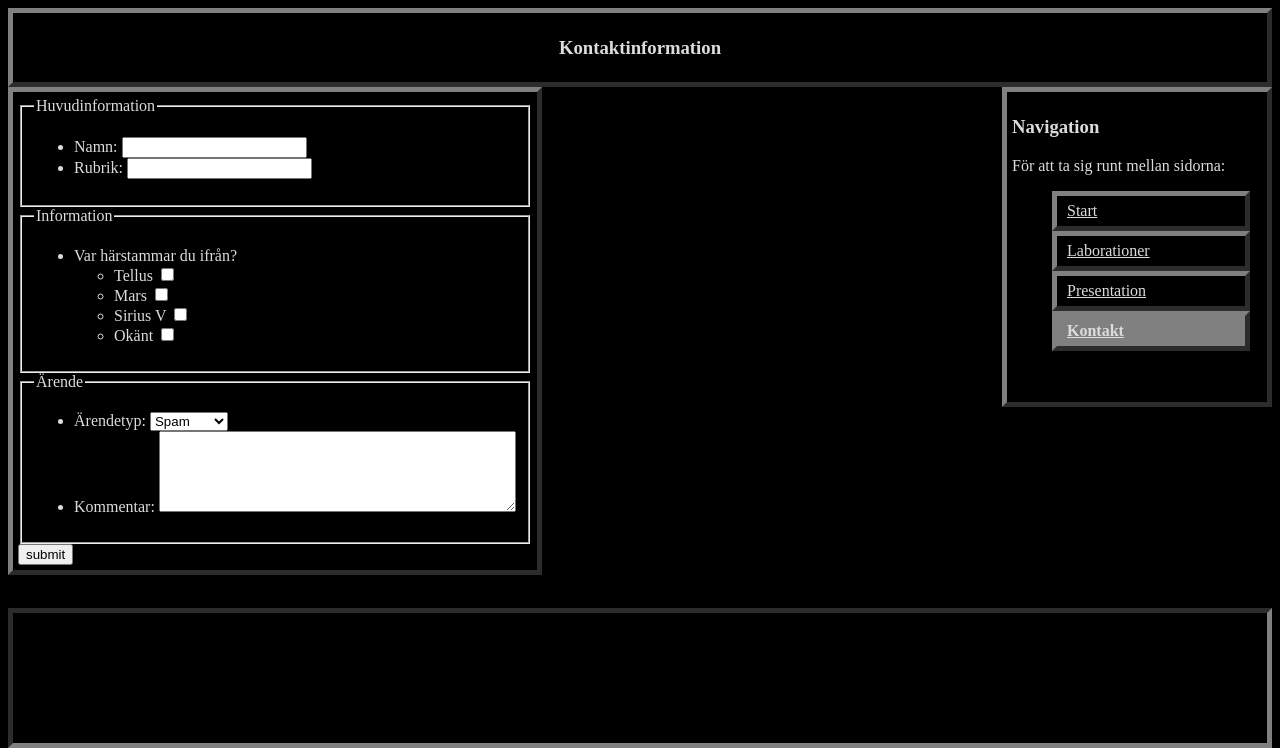
Repository: cg222im/1IK415_cg222im
Page: pages/kontakt.html
The author's editor kept a record of every edit. The page is drawn from the files as they stood at one moment, then again after the next edit.
The browser window is 1280 px wide. The pictures show the whole page.

Above is the page before.

### pages/kontakt.html
<!doctype html>
<html lang="sv">
    <head>
        <meta charset="UTF-8" />
        <title>kontakt</title>
        <link rel="stylesheet" href="../css/style.css" />
    </head>

    <body>
    <!-- Sätta bakgrundsfärg = svart på body? -->
    <div id="wrapper">
        <div id="header">
            <h3>Kontaktinformation</h3>
        </div>

        <div id="form">
            <form id="contact-form" action="http://voyager.lnu.se/tekinet/kurser/dtt/wp_webbintro/form.php" method="post">
                <input type="hidden"/>

                <fieldset>
                    <legend>Huvudinformation</legend>
                    <ul>
                        <li><label for="namn">Namn:</label> <input type="text" name="namn" id="namn" value="" /></li>
                        <li><label for="rubrik">Rubrik:</label> <input type="text" name="rubrik" id="rubrik" value="" /></li>
                    </ul>

                </fieldset>

                <fieldset>
                    <legend>Information</legend>
                    <ul>
                        <li>Var härstammar du ifrån?
                            <ul>
                                <li><label for="earth">Tellus</label> <input type="checkbox" name="earth" id="earth" value="earth"></li>
                                <li><label for="mars">Mars</label> <input type="checkbox" name="mars" id="mars" value="mars"></li>
                                <li><label for="sirius">Sirius V</label> <input type="checkbox" name="sirius" id="sirius" value="sirius"></li>
                                <li><label for="unknown">Okänt</label> <input type="checkbox" name="unknown" id="unknown" value="unknown"></li>
                            </ul>
                        </li>
                    </ul>
                </fieldset>

                <fieldset>
                    <legend>Ärende</legend>
                    <ul>
                        <li><label for="typ">Ärendetyp:</label>
                            <select name="typ" id="typ">
                                <option value="question">Fråga</option>
                                <option value="complaint">Klagomål</option>
                                <option value="spam" selected>Spam</option>
                                <option value="love">Kärlek</option>
                            </select></li>

                        <li><label for="comments">Kommentar:</label> <textarea name="comments" id="comments" cols="42" rows="5"></textarea></li>
                    </ul>
                </fieldset>

                <input type="submit" value="submit" />

            </form>
        </div>

        <div id="nav">
            <h3>Navigation</h3>
            <p>För att ta sig runt mellan sidorna:</p>
            <ul class="navmenu">
                <li><a href="../index.html">Start</a></li>
                <li><a href="laborationer.html">Laborationer</a></li>
                <li><a href="presentation.html">Presentation</a></li>
                <li><a href="kontakt.html" id="active">Kontakt</a></li>
            </ul>
        </div>

    </div>

    <div class="footer">
        <p></p>
    </div>

    </body>

</html>

### css/style.css
body {background-color: black}
html, body {height: 100%;}
p {color: #DCDCDC;}
table {text-align: center;}

a:link { color: #00BFFF; }
a:visited { color: purple; }
a:focus { color: yellow; }
a:hover { color: yellow; }
a:active { color: silver; }


#wrapper {
    background-color: black;
    min-height: 100%;
    margin: auto 0 auto 0;
    margin-bottom: -120px;


}
#header {
    border-style: outset;
    border-width: 5px;
    border-color: gray;
    background-color:black;
    color: #DCDCDC;
    text-align: center;
    padding: 5px;
}
#main {
    border-style: outset;
    border-width: 5px;
    border-color: gray;
    background-color: black;
    color: #DCDCDC;
    text-align: left;
    padding: 10px;
}
#wrapper:after {
    content:"";
    display:block;
    height: 100px;
}
.footer {
    border-style: inset;
    border-width: 5px;
    border-color: gray;
    background-color: black;
    color: #DCDCDC;
    clear: both;
    text-align: left;
    padding: 5px;
    height: 120pX;


}
#table {
    text-align: center;
    margin: 0 auto;
    width: 280px;
    /* Kan behöva komma att ändra storlek allt eftersom; dela upp i Laborationer/kolumner? */
    height: 645px;
    margin-left: auto;
    margin-top: auto;
    border-style: outset;
    border-width: 5px;
    border-color: gray;
    background-color:black;
    color: gray;
    padding: 5px;
}
/* för form i kontakt.html vars sidas formatering inte fungerar? */
#form {
    height: 100%;
    float: left;
    border-style: outset;
    border-width: 5px;
    border-color: gray;
    background-color:black;
    color: #DCDCDC;
    padding: 5px;
}


#nav {
    margin: 0;
    padding: 5;
    width:250px;
    border-style: outset;
    border-width: 5px;
    border-color:gray;
    background-color: black;
    color: #DCDCDC;
    height: 300px;
    float: right;
    padding: 5px;

}
.navmenu {
    list-style: none;
}
.navmenu li a:hover {
    background-color: gray;
    color: yellow;
}
.navmenu li a:focus {
    background-color: gray;
    color: yellow;
}
.navmenu li a {
    line-height: 30px;
    border-style: outset;
    border-width: 5px;
    border-color: gray;
    background-color: black;
    color: #DCDCDC;
    display: block;
    width: 80%;
    padding: 0px 10px;
}
#active {
    display: block;
    font-weight: bold;
    background-color: gray;
}

After the next edit:
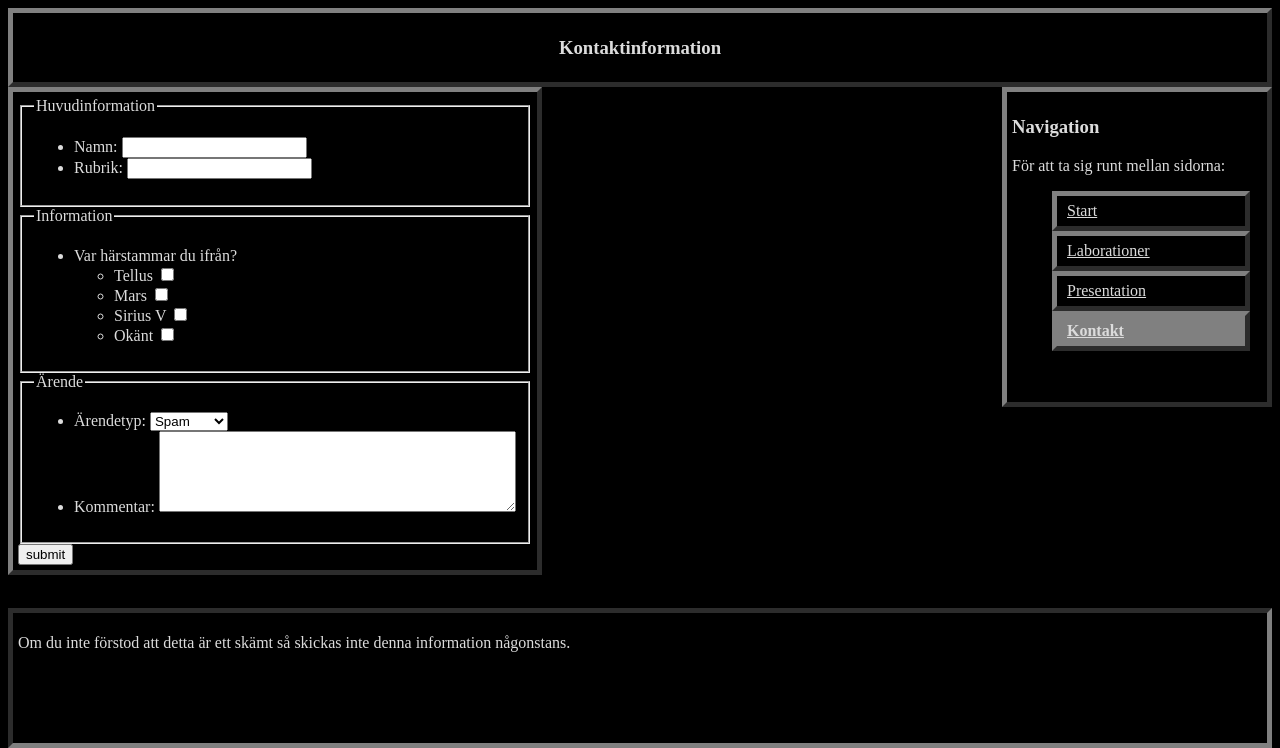
The edit:
--- a/pages/kontakt.html
+++ b/pages/kontakt.html
@@ -74,7 +74,7 @@
     </div>
 
     <div class="footer">
-        <p></p>
+        <p>Om du inte förstod att detta är ett skämt så skickas inte denna information någonstans.</p>
     </div>
 
     </body>
